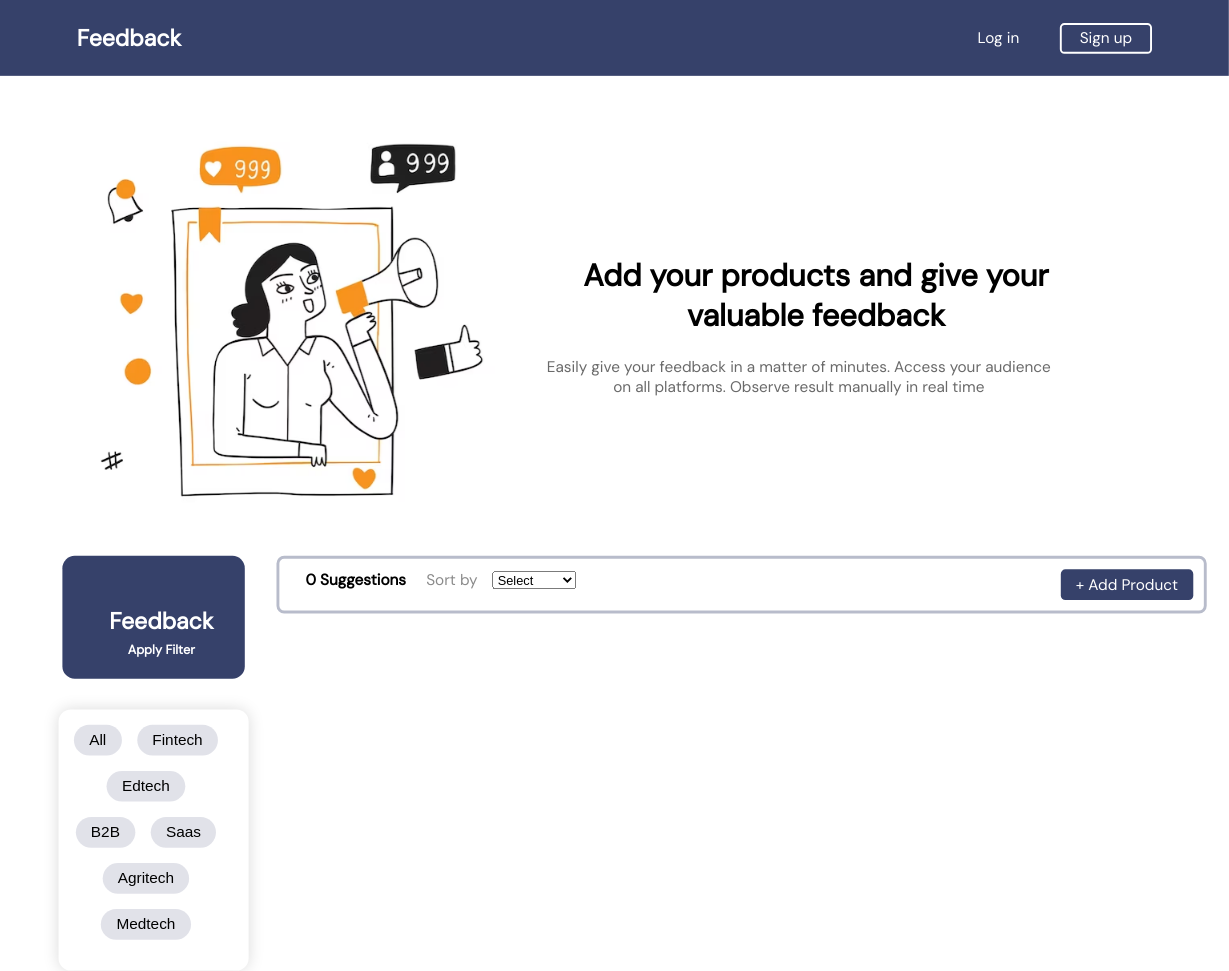
Repository: drumsmanku/final-evaluation-test
Page: / (app in client/)
An editor plug-in stored every save of this project. The page is shown before and after the next save, followed by the edit.
The browser window is 1280 px wide. The pictures show the whole page, at 96% of full size.
The page's requests for data from a server got no answer. The project was rebuilt for these pictures with package versions that can differ from the ones it lists, and the page was loaded fresh each time. No one was signed in, and anything a server would have sent is missing. Also part of the build but not shown: client/src/CSS/LoginPopUp.css, client/src/Components/LoginPopUp.js, client/src/CSS/SignupPopUp.css, client/src/Components/SignupPopUp.js, client/src/CSS/AddProductPopUp.css, client/src/Components/AddProductPopUp.js, client/src/Components/CommentsSection.js, client/src/CSS/SignUp.css and 3 more.

Above is the page before, as saved 2023-07-31 23:00:54.

After the next save:
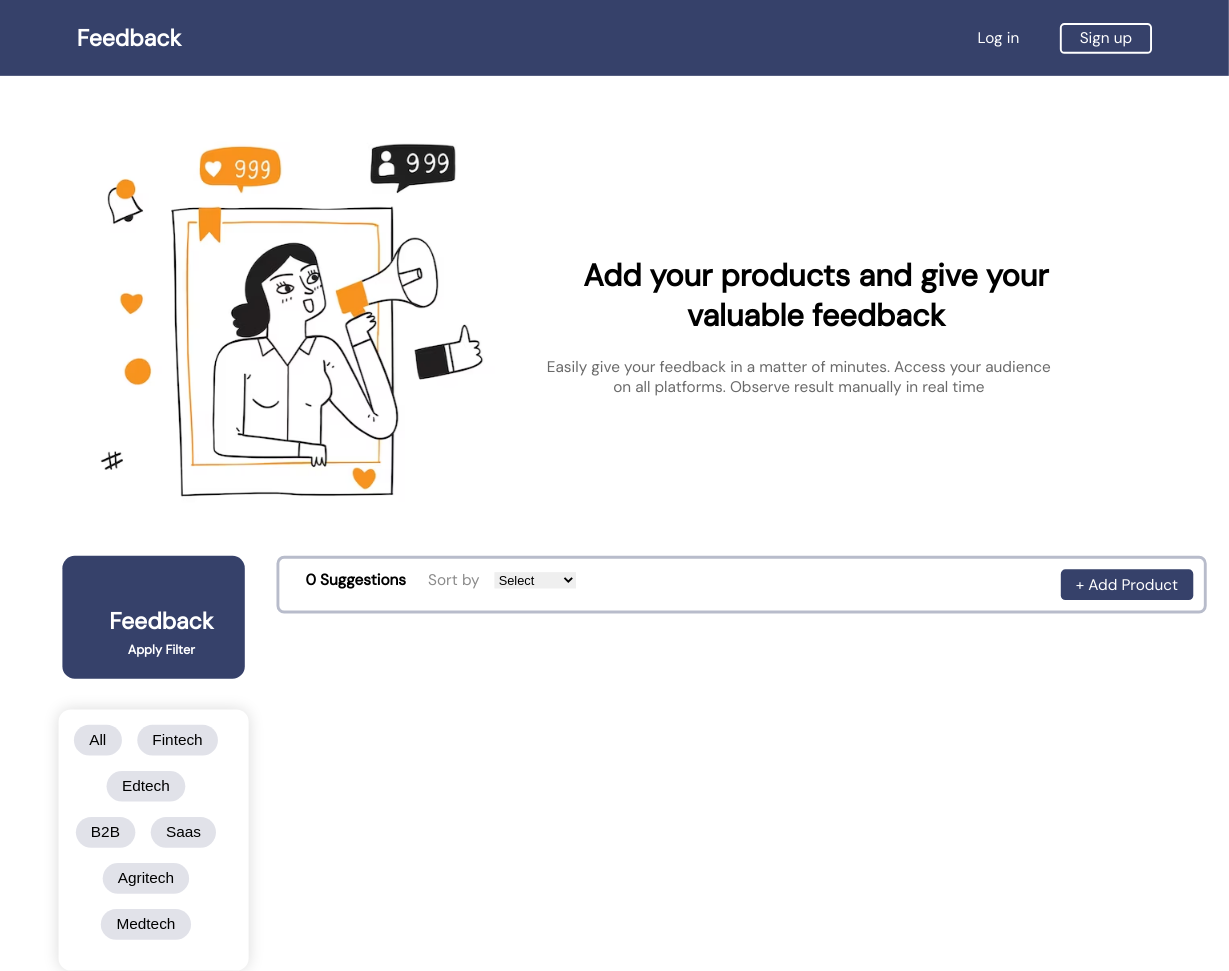
Saved 49 s later.
--- a/client/src/Components/MainPage.js
+++ b/client/src/Components/MainPage.js
@@ -191,7 +191,7 @@ function MainPage() {
               <span style={{ fontWeight:'bold', }}>{products.length} Suggestions</span>
               <span>
                 <label style={{ fontSize: 'medium', color: '#8B8B8B', marginRight:'1rem' }} htmlFor="sort">Sort by</label>
-                <select value={sortOption} onChange={(e) => setSortOption(e.target.value)}>
+                <select style={{border:'none', outline:'none'}} value={sortOption} onChange={(e) => setSortOption(e.target.value)}>
                   <option value="Select">Select</option>
                   <option value="upvotes">Upvotes</option>
                   <option value="comments">Comments</option>
